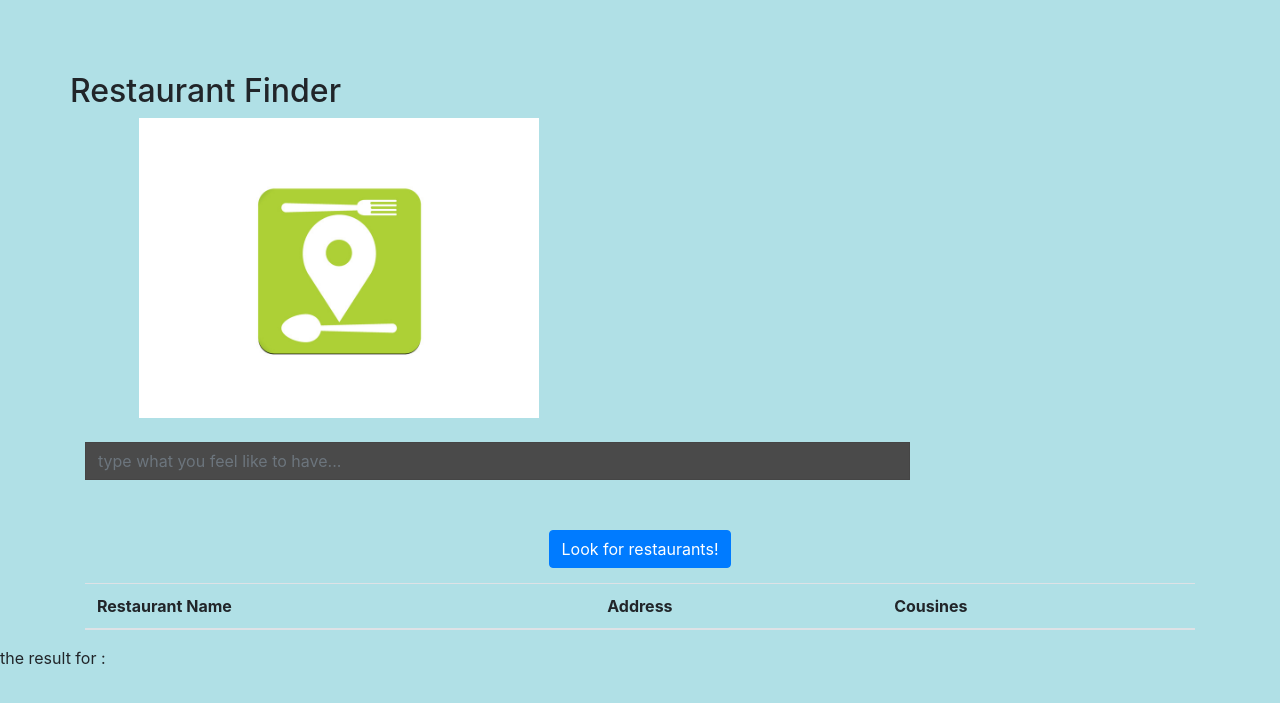
Repository: KobeRox/Loremips
Page: index.html
These files come from the project's save history. The page is drawn as it stood at one moment and after the next save; the edit follows.
The browser window is 1280 px wide. The pictures show the whole page.
Some web libraries are served in a nearby version.

Above is the page before, as saved 2019-09-08 22:40:03.
Console error: TypeError: Cannot read properties of undefined (reading 'fn')

### index.html
<html>

<head>
    <link rel="stylesheet" href="style.css">
    <link rel="stylesheet" href="https://stackpath.bootstrapcdn.com/bootstrap/4.3.1/css/bootstrap.min.css"
        integrity="sha384-ggOyR0iXCbMQv3Xipma34MD+dH/1fQ784/j6cY/iJTQUOhcWr7x9JvoRxT2MZw1T" crossorigin="anonymous">
    <script src="https://stackpath.bootstrapcdn.com/bootstrap/4.3.1/js/bootstrap.min.js"
        integrity="sha384-JjSmVgyd0p3pXB1rRibZUAYoIIy6OrQ6VrjIEaFf/nJGzIxFDsf4x0xIM+B07jRM"
        crossorigin="anonymous"></script>
    <script src="https://ajax.googleapis.com/ajax/libs/jquery/3.4.1/jquery.min.js"></script>
    <script src="https://code.jquery.com/ui/1.12.1/jquery-ui.min.js"></script>
    <script src="zomato_cuisines.js"></script>
    <script src="zomato_restaurants.js"></script>
    <script src="contractResponse.js"></script>
    <script src="convertDataToHtml.js"></script>
    <script type="text/javascript" charset="utf-8">

        $(document).ready(function () {

            $("#searchbar").autocomplete({

                minLength: 0,
                source: get_cuisineList(),
                focus: function (event, ui) {
                    $("#searchbar").val(ui.item.label);
                    return false;
                },
                select: function (event, ui) {
                    $("#searchbar").val(ui.item.label);
                    return false;
                }
            })

            $("#clicking").click(function () {
                var search = $('#searchbar').val();
                //console.log(search)
                var c_list = get_cuisineList();
                //console.log(c_list);
                var c_id = get_cuisineId(search);
                //console.log(c_id);
                get_restaurants(c_id, function (data) {
                    //console.log(data);
                    convertDataToHtml(data);
                });
            });
        });
    </script>
</head>

<body  style="background-color:powderblue;">
    <div class="container">
        <div class="panel-body" id="backgoundimg">
            <br><br><br>
            <div class="row" style="text-align: center;">
                <h2>Restaurant Finder</h2>
            </div>
           <div>
           &nbsp&nbsp&nbsp&nbsp&nbsp&nbsp&nbsp&nbsp&nbsp&nbsp&nbsp


           <img src="avator.jpg" width="400" height="300">
           </div>
           <br>
            <div class="row" style="margin-bottom: 50px;">

                <div class="col-xs-9 col-md-9">
                    <input type="text" class="form-control" id='searchbar' placeholder="type what you feel like to have... ">
                </div>

            </div>
            <div class="row" style="text-align: center;">
                <div class="col-xs-12 col-md-12">
                    <button type="button" class="btn btn-primary" style="margin-bottom: 15px;" id="clicking">Look
                        for restaurants!</button>
                </div>
            </div>
        </div>

        <div class="row">
            <div class="col-xs-12 col-md-12">
                <table class="table">
                    <thead>
                        <tr>
                            <th scope="col">Restaurant Name</th>
                            <th scope="col">Address</th>
                            <th scope="col">Cousines</th>
                        </tr>
                    <tbody id="restoResults">
                    </tbody>
                    </thead>
                </table>
            </div>


        </div>
        <!-- <div class="panel-footer"></div> -->
    </div>
        <p>the result for : </p>


</body>

</html>

### style.css
#backgoundimg {
  background-image: "background.jpg";
}

#searchbar {
  border-radius: 0px;
  background: #4a4a4a;
  color: #4cc3d8;
  border: 1px solid #454545;
  height: 0 0 30px;
}
#searchbar:hover {
  background: gray;
}

.ui-tooltip {
  background: yellow;
  color: #96f226;
  border: 2px solid rgb(118, 214, 63);
  border-radius: 0px;
  box-shadow: 0 0;
}
.ui-autocomplete {
  background: #b8f3b8;
  border-radius: 0px;
  line-height: 30px;
  width: 160px;
}
.ui-autocomplete.source:hover {
  background: #2b9aa8;
}

.ui-menu .ui-menu-item a {
  background: red;
  height: 10px;
  font-size: 8px;
}

### zomato_cuisines.js
function get_cuisineId(name){

	for(var i=0; i<list_cuisine.length; i++){
		if (list_cuisine[i]["cuisine"]["cuisine_name"] == name)
			return list_cuisine[i]["cuisine"]["cuisine_id"];
	}
}

function get_cuisineList(){
	var cuisine_names= [];
	for(var i=0; i<list_cuisine.length; i++){
		cuisine_names.push(list_cuisine[i]["cuisine"]["cuisine_name"]);
	}
	return cuisine_names;
}
var  list_cuisine = [
        {
            "cuisine": {
                "cuisine_id": 6,
                "cuisine_name": "Afghani"
            }
        },
        {
            "cuisine": {
                "cuisine_id": 152,
                "cuisine_name": "African"
            }
        },
        {
            "cuisine": {
                "cuisine_id": 1,
                "cuisine_name": "American"
            }
        },
        {
            "cuisine": {
                "cuisine_id": 4,
                "cuisine_name": "Arabian"
            }
        },
        {
            "cuisine": {
                "cuisine_id": 151,
                "cuisine_name": "Argentine"
            }
        },
        {
            "cuisine": {
                "cuisine_id": 3,
                "cuisine_name": "Asian"
            }
        },
        {
            "cuisine": {
                "cuisine_id": 401,
                "cuisine_name": "Asian Fusion"
            }
        },
        {
            "cuisine": {
                "cuisine_id": 193,
                "cuisine_name": "BBQ"
            }
        },
        {
            "cuisine": {
                "cuisine_id": 5,
                "cuisine_name": "Bakery"
            }
        },
        {
            "cuisine": {
                "cuisine_id": 227,
                "cuisine_name": "Bar Food"
            }
        },
        {
            "cuisine": {
                "cuisine_id": 132,
                "cuisine_name": "Belgian"
            }
        },
        {
            "cuisine": {
                "cuisine_id": 270,
                "cuisine_name": "Beverages"
            }
        },
        {
            "cuisine": {
                "cuisine_id": 159,
                "cuisine_name": "Brazilian"
            }
        },
        {
            "cuisine": {
                "cuisine_id": 133,
                "cuisine_name": "British"
            }
        },
        {
            "cuisine": {
                "cuisine_id": 247,
                "cuisine_name": "Bubble Tea"
            }
        },
        {
            "cuisine": {
                "cuisine_id": 168,
                "cuisine_name": "Burger"
            }
        },
        {
            "cuisine": {
                "cuisine_id": 1039,
                "cuisine_name": "Cafe Food"
            }
        },
        {
            "cuisine": {
                "cuisine_id": 111,
                "cuisine_name": "Cambodian"
            }
        },
        {
            "cuisine": {
                "cuisine_id": 121,
                "cuisine_name": "Cantonese"
            }
        },
        {
            "cuisine": {
                "cuisine_id": 994,
                "cuisine_name": "Charcoal Chicken"
            }
        },
        {
            "cuisine": {
                "cuisine_id": 25,
                "cuisine_name": "Chinese"
            }
        },
        {
            "cuisine": {
                "cuisine_id": 161,
                "cuisine_name": "Coffee and Tea"
            }
        },
        {
            "cuisine": {
                "cuisine_id": 287,
                "cuisine_name": "Colombian"
            }
        },
        {
            "cuisine": {
                "cuisine_id": 144,
                "cuisine_name": "Contemporary"
            }
        },
        {
            "cuisine": {
                "cuisine_id": 35,
                "cuisine_name": "Continental"
            }
        },
        {
            "cuisine": {
                "cuisine_id": 928,
                "cuisine_name": "Creole"
            }
        },
        {
            "cuisine": {
                "cuisine_id": 881,
                "cuisine_name": "Crepes"
            }
        },
        {
            "cuisine": {
                "cuisine_id": 192,
                "cuisine_name": "Deli"
            }
        },
        {
            "cuisine": {
                "cuisine_id": 100,
                "cuisine_name": "Desserts"
            }
        },
        {
            "cuisine": {
                "cuisine_id": 268,
                "cuisine_name": "Drinks Only"
            }
        },
        {
            "cuisine": {
                "cuisine_id": 985,
                "cuisine_name": "Dumplings"
            }
        },
        {
            "cuisine": {
                "cuisine_id": 38,
                "cuisine_name": "European"
            }
        },
        {
            "cuisine": {
                "cuisine_id": 571,
                "cuisine_name": "Falafel"
            }
        },
        {
            "cuisine": {
                "cuisine_id": 40,
                "cuisine_name": "Fast Food"
            }
        },
        {
            "cuisine": {
                "cuisine_id": 1006,
                "cuisine_name": "Fijian"
            }
        },
        {
            "cuisine": {
                "cuisine_id": 112,
                "cuisine_name": "Filipino"
            }
        },
        {
            "cuisine": {
                "cuisine_id": 271,
                "cuisine_name": "Finger Food"
            }
        },
        {
            "cuisine": {
                "cuisine_id": 298,
                "cuisine_name": "Fish and Chips"
            }
        },
        {
            "cuisine": {
                "cuisine_id": 45,
                "cuisine_name": "French"
            }
        },
        {
            "cuisine": {
                "cuisine_id": 1025,
                "cuisine_name": "Fried Chicken"
            }
        },
        {
            "cuisine": {
                "cuisine_id": 501,
                "cuisine_name": "Frozen Yogurt"
            }
        },
        {
            "cuisine": {
                "cuisine_id": 274,
                "cuisine_name": "Fusion"
            }
        },
        {
            "cuisine": {
                "cuisine_id": 134,
                "cuisine_name": "German"
            }
        },
        {
            "cuisine": {
                "cuisine_id": 156,
                "cuisine_name": "Greek"
            }
        },
        {
            "cuisine": {
                "cuisine_id": 181,
                "cuisine_name": "Grill"
            }
        },
        {
            "cuisine": {
                "cuisine_id": 521,
                "cuisine_name": "Hawaiian"
            }
        },
        {
            "cuisine": {
                "cuisine_id": 143,
                "cuisine_name": "Healthy Food"
            }
        },
        {
            "cuisine": {
                "cuisine_id": 1022,
                "cuisine_name": "Hot Pot"
            }
        },
        {
            "cuisine": {
                "cuisine_id": 228,
                "cuisine_name": "Hungarian"
            }
        },
        {
            "cuisine": {
                "cuisine_id": 233,
                "cuisine_name": "Ice Cream"
            }
        },
        {
            "cuisine": {
                "cuisine_id": 148,
                "cuisine_name": "Indian"
            }
        },
        {
            "cuisine": {
                "cuisine_id": 114,
                "cuisine_name": "Indonesian"
            }
        },
        {
            "cuisine": {
                "cuisine_id": 154,
                "cuisine_name": "International"
            }
        },
        {
            "cuisine": {
                "cuisine_id": 140,
                "cuisine_name": "Iranian"
            }
        },
        {
            "cuisine": {
                "cuisine_id": 135,
                "cuisine_name": "Irish"
            }
        },
        {
            "cuisine": {
                "cuisine_id": 55,
                "cuisine_name": "Italian"
            }
        },
        {
            "cuisine": {
                "cuisine_id": 60,
                "cuisine_name": "Japanese"
            }
        },
        {
            "cuisine": {
                "cuisine_id": 265,
                "cuisine_name": "Jewish"
            }
        },
        {
            "cuisine": {
                "cuisine_id": 1042,
                "cuisine_name": "Jiangnan"
            }
        },
        {
            "cuisine": {
                "cuisine_id": 164,
                "cuisine_name": "Juices"
            }
        },
        {
            "cuisine": {
                "cuisine_id": 178,
                "cuisine_name": "Kebab"
            }
        },
        {
            "cuisine": {
                "cuisine_id": 167,
                "cuisine_name": "Kiwi"
            }
        },
        {
            "cuisine": {
                "cuisine_id": 67,
                "cuisine_name": "Korean"
            }
        },
        {
            "cuisine": {
                "cuisine_id": 1021,
                "cuisine_name": "Korean BBQ"
            }
        },
        {
            "cuisine": {
                "cuisine_id": 136,
                "cuisine_name": "Latin American"
            }
        },
        {
            "cuisine": {
                "cuisine_id": 66,
                "cuisine_name": "Lebanese"
            }
        },
        {
            "cuisine": {
                "cuisine_id": 69,
                "cuisine_name": "Malaysian"
            }
        },
        {
            "cuisine": {
                "cuisine_id": 977,
                "cuisine_name": "Meat Pie"
            }
        },
        {
            "cuisine": {
                "cuisine_id": 70,
                "cuisine_name": "Mediterranean"
            }
        },
        {
            "cuisine": {
                "cuisine_id": 73,
                "cuisine_name": "Mexican"
            }
        },
        {
            "cuisine": {
                "cuisine_id": 137,
                "cuisine_name": "Middle Eastern"
            }
        },
        {
            "cuisine": {
                "cuisine_id": 294,
                "cuisine_name": "Modern European"
            }
        },
        {
            "cuisine": {
                "cuisine_id": 1055,
                "cuisine_name": "Modern New Zealand"
            }
        },
        {
            "cuisine": {
                "cuisine_id": 74,
                "cuisine_name": "Mongolian"
            }
        },
        {
            "cuisine": {
                "cuisine_id": 147,
                "cuisine_name": "Moroccan"
            }
        },
        {
            "cuisine": {
                "cuisine_id": 117,
                "cuisine_name": "Nepalese"
            }
        },
        {
            "cuisine": {
                "cuisine_id": 50,
                "cuisine_name": "North Indian"
            }
        },
        {
            "cuisine": {
                "cuisine_id": 321,
                "cuisine_name": "Pacific"
            }
        },
        {
            "cuisine": {
                "cuisine_id": 139,
                "cuisine_name": "Pakistani"
            }
        },
        {
            "cuisine": {
                "cuisine_id": 209,
                "cuisine_name": "Pan Asian"
            }
        },
        {
            "cuisine": {
                "cuisine_id": 162,
                "cuisine_name": "Peruvian"
            }
        },
        {
            "cuisine": {
                "cuisine_id": 1020,
                "cuisine_name": "Pho"
            }
        },
        {
            "cuisine": {
                "cuisine_id": 82,
                "cuisine_name": "Pizza"
            }
        },
        {
            "cuisine": {
                "cuisine_id": 1019,
                "cuisine_name": "Poké"
            }
        },
        {
            "cuisine": {
                "cuisine_id": 87,
                "cuisine_name": "Portuguese"
            }
        },
        {
            "cuisine": {
                "cuisine_id": 983,
                "cuisine_name": "Pub Food"
            }
        },
        {
            "cuisine": {
                "cuisine_id": 320,
                "cuisine_name": "Ramen"
            }
        },
        {
            "cuisine": {
                "cuisine_id": 1033,
                "cuisine_name": "Roast"
            }
        },
        {
            "cuisine": {
                "cuisine_id": 84,
                "cuisine_name": "Russian"
            }
        },
        {
            "cuisine": {
                "cuisine_id": 998,
                "cuisine_name": "Salad"
            }
        },
        {
            "cuisine": {
                "cuisine_id": 304,
                "cuisine_name": "Sandwich"
            }
        },
        {
            "cuisine": {
                "cuisine_id": 83,
                "cuisine_name": "Seafood"
            }
        },
        {
            "cuisine": {
                "cuisine_id": 831,
                "cuisine_name": "Shanghai"
            }
        },
        {
            "cuisine": {
                "cuisine_id": 128,
                "cuisine_name": "Sichuan"
            }
        },
        {
            "cuisine": {
                "cuisine_id": 119,
                "cuisine_name": "Singaporean"
            }
        },
        {
            "cuisine": {
                "cuisine_id": 85,
                "cuisine_name": "South Indian"
            }
        },
        {
            "cuisine": {
                "cuisine_id": 89,
                "cuisine_name": "Spanish"
            }
        },
        {
            "cuisine": {
                "cuisine_id": 86,
                "cuisine_name": "Sri Lankan"
            }
        },
        {
            "cuisine": {
                "cuisine_id": 141,
                "cuisine_name": "Steak"
            }
        },
        {
            "cuisine": {
                "cuisine_id": 90,
                "cuisine_name": "Street Food"
            }
        },
        {
            "cuisine": {
                "cuisine_id": 177,
                "cuisine_name": "Sushi"
            }
        },
        {
            "cuisine": {
                "cuisine_id": 190,
                "cuisine_name": "Taiwanese"
            }
        },
        {
            "cuisine": {
                "cuisine_id": 179,
                "cuisine_name": "Tapas"
            }
        },
        {
            "cuisine": {
                "cuisine_id": 163,
                "cuisine_name": "Tea"
            }
        },
        {
            "cuisine": {
                "cuisine_id": 981,
                "cuisine_name": "Teppanyaki"
            }
        },
        {
            "cuisine": {
                "cuisine_id": 150,
                "cuisine_name": "Tex-Mex"
            }
        },
        {
            "cuisine": {
                "cuisine_id": 95,
                "cuisine_name": "Thai"
            }
        },
        {
            "cuisine": {
                "cuisine_id": 142,
                "cuisine_name": "Turkish"
            }
        },
        {
            "cuisine": {
                "cuisine_id": 1038,
                "cuisine_name": "Uyghur"
            }
        },
        {
            "cuisine": {
                "cuisine_id": 1034,
                "cuisine_name": "Vegan"
            }
        },
        {
            "cuisine": {
                "cuisine_id": 308,
                "cuisine_name": "Vegetarian"
            }
        },
        {
            "cuisine": {
                "cuisine_id": 641,
                "cuisine_name": "Venezuelan"
            }
        },
        {
            "cuisine": {
                "cuisine_id": 99,
                "cuisine_name": "Vietnamese"
            }
        },
        {
            "cuisine": {
                "cuisine_id": 978,
                "cuisine_name": "Yum Cha"
            }
        }
    ]

### zomato_restaurants.js
function get_restaurants(cuisine_id, callback) {
  $.ajax({
    url:
      "https://developers.zomato.com/api/v2.1/search?city_id=70&cuisines=" +
      cuisine_id,
    type: "GET",
    //d323749b276f5be54a2e776c45a7ad1a
    //b17db59020e7fbe543111e1e6c2e5ecb
    beforeSend: function(xhr) {
      xhr.setRequestHeader("user-key", "d323749b276f5be54a2e776c45a7ad1a");
    },
    success: function(data) {
      callback(convertContract(data));
    }
  });
}

### contractResponse.js
function convertContract(input) {
  var results = [];

  for (var x = 0; x < input.results_shown; x++) {
    results.push({
      restaurantName: input.restaurants[x].restaurant.name,
      address: input.restaurants[x].restaurant.location.address,
      allergies: input.restaurants[x].restaurant.cuisines.split(",")
    });
  }
  return results;
}

### convertDataToHtml.js
function convertDataToHtml(data) {
  var html;
  var test2 = document.getElementById("restoResults");
  test2.innerHTML = " ";
  for (var test in data) {
    let dataRow = data[test];
    var row = document.createElement("tr");
    for (var property in dataRow) {
      var th = document.createElement("td");
      th.scope = "col";
      th.innerText = dataRow[property];
      row.appendChild(th);
    }
    test2.appendChild(row);
  }
  return html;
}

After the next save:
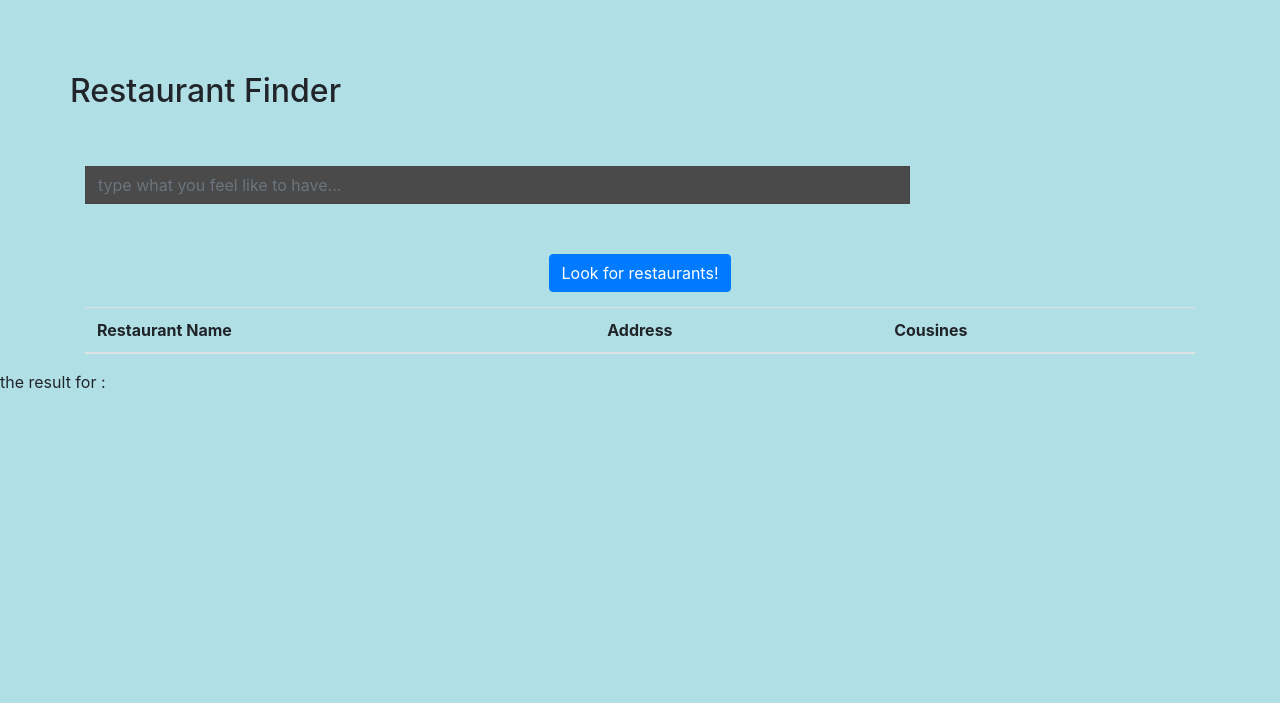
Saved 3 h 38 min later.
--- a/index.html
+++ b/index.html
@@ -58,7 +58,6 @@
            &nbsp&nbsp&nbsp&nbsp&nbsp&nbsp&nbsp&nbsp&nbsp&nbsp&nbsp
 
 
-           <img src="avator.jpg" width="400" height="300">
            </div>
            <br>
             <div class="row" style="margin-bottom: 50px;">
